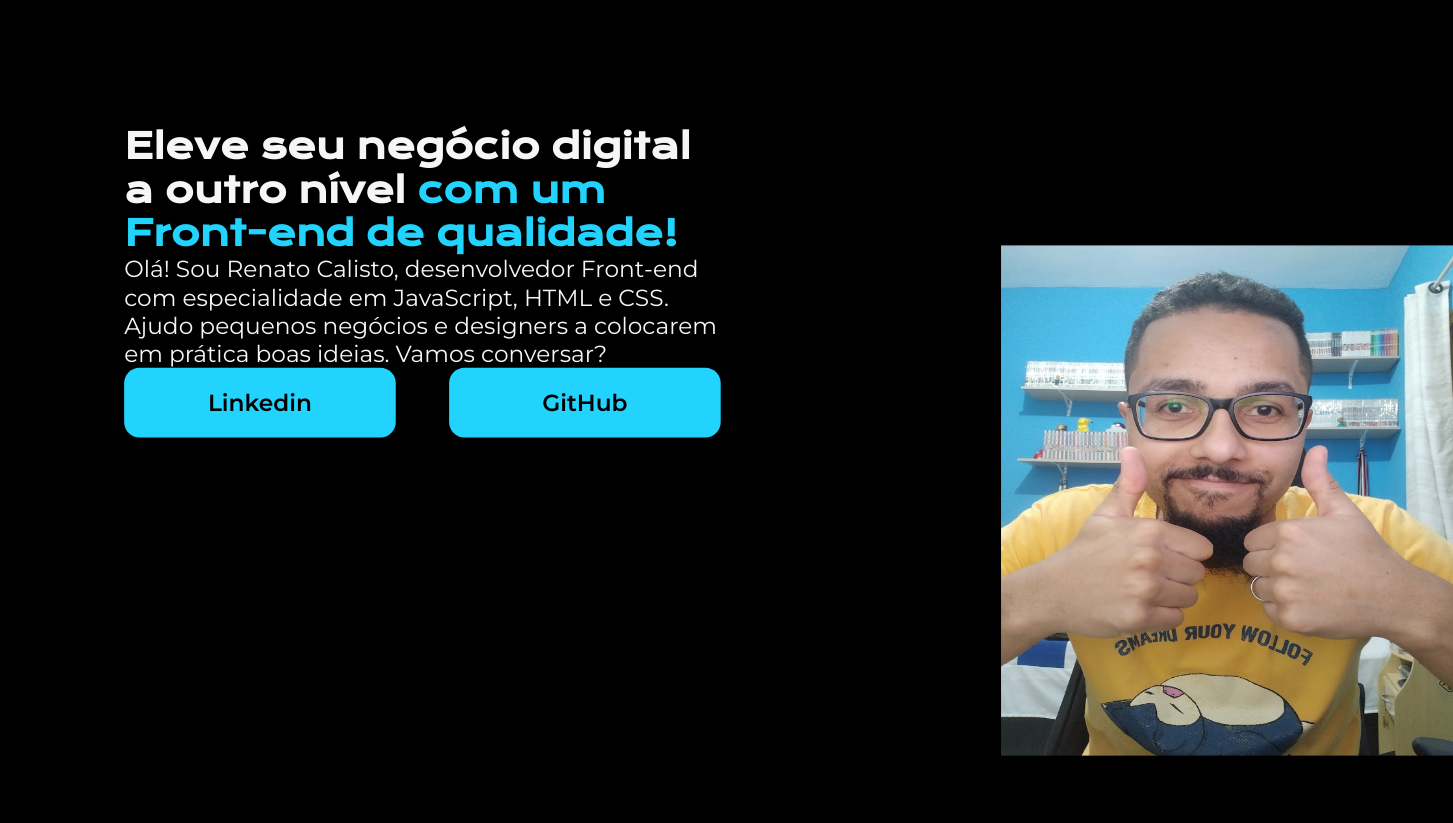
Repository: RenatoCCS/Portfolio_Alura
Page: index.html
An editor plug-in stored every save of this project. The page is shown before and after the next save, followed by the edit.
The browser window is 1280 px wide. The page is 1498 px wide, so the pictures cover 1498 px, including what lies to the right of the window. The pictures show the whole page, at 97% of full size.

Above is the page before, as saved 2023-02-27 15:35:01.

### index.html
<!DOCTYPE html>
<html lang="pt-br">
  <head>
    <meta charset="UTF-8" />
    <meta http-equiv="X-UA-Compatible" content="IE=edge" />
    <meta name="viewport" content="width=device-width, initial-scale=1.0" />
    <title>Portfolio</title>
    <link rel="stylesheet" href="style.css" />
  </head>
  <body>
    <header></header>
    <main class="apresentacao">
      <section class="apresentacao__conteudo">
        <h1 class="apresentacao__conteudo__titulo">
          Eleve seu negócio digital a outro nível
          <strong class="titulo-destaque">
            com um Front-end de qualidade!
          </strong>
        </h1>
        <p class="apresentacao__conteudo__texto">
          Olá! Sou Renato Calisto, desenvolvedor Front-end com especialidade em
          JavaScript, HTML e CSS. Ajudo pequenos negócios e designers a
          colocarem em prática boas ideias. Vamos conversar?
        </p>
        <div class="apresentacao__links">
          <a
            class="apresentacao__links__link"
            href="https://www.linkedin.com/in/renatocalisto/"
            >Linkedin</a
          >
          <a
            class="apresentacao__links__link"
            href="https://github.com/RenatoCCS"
            >GitHub</a
          >
        </div>
      </section>
      <img
        class="apresentacao__foto"
        src="renato.jpg"
        alt="Renato fazendo sinal de positivo com ambas as mãos"
      />
    </main>
    <footer></footer>
  </body>
</html>

### style.css
@import url('https://fonts.googleapis.com/css2?family=Krona+One&family=Montserrat:wght@400;600&display=swap');

* {
  margin: 0;
  padding: 0;
}

body {
  height: 100vh;
  box-sizing: border-box;
  background-color: #000000;
  color: #f6f6f6;
}

.titulo-destaque {
  color: #22d4fd;
}

.apresentacao {
  margin: 10%;
  display: flex;
  align-items: center;
  justify-content: space-between;
}

.apresentacao__conteudo {
  width: 615px;
}

.apresentacao__conteudo__titulo {
  font-size: 36px;
  font-family: 'Krona One', sans-serif;
}

.apresentacao__conteudo__texto {
  font-size: 24px;
  font-family: 'Montserrat', sans-serif;
}

.apresentacao__links {
  display: flex;
  justify-content: space-between;
}

.apresentacao__links__link {
  background-color: #22d4fd;
  width: 280px;
  text-align: center;
  border-radius: 16px;
  font-size: 24px;
  font-weight: 600;
  padding: 21.5px 0;
  text-decoration: none;
  color: #000000;
  font-family: 'Montserrat', sans-serif;
}

.apresentacao__foto {
  position: absolute;
  width: 466px;
  height: 526px;
  left: 1032px;
  top: 253px;
}

After the next save:
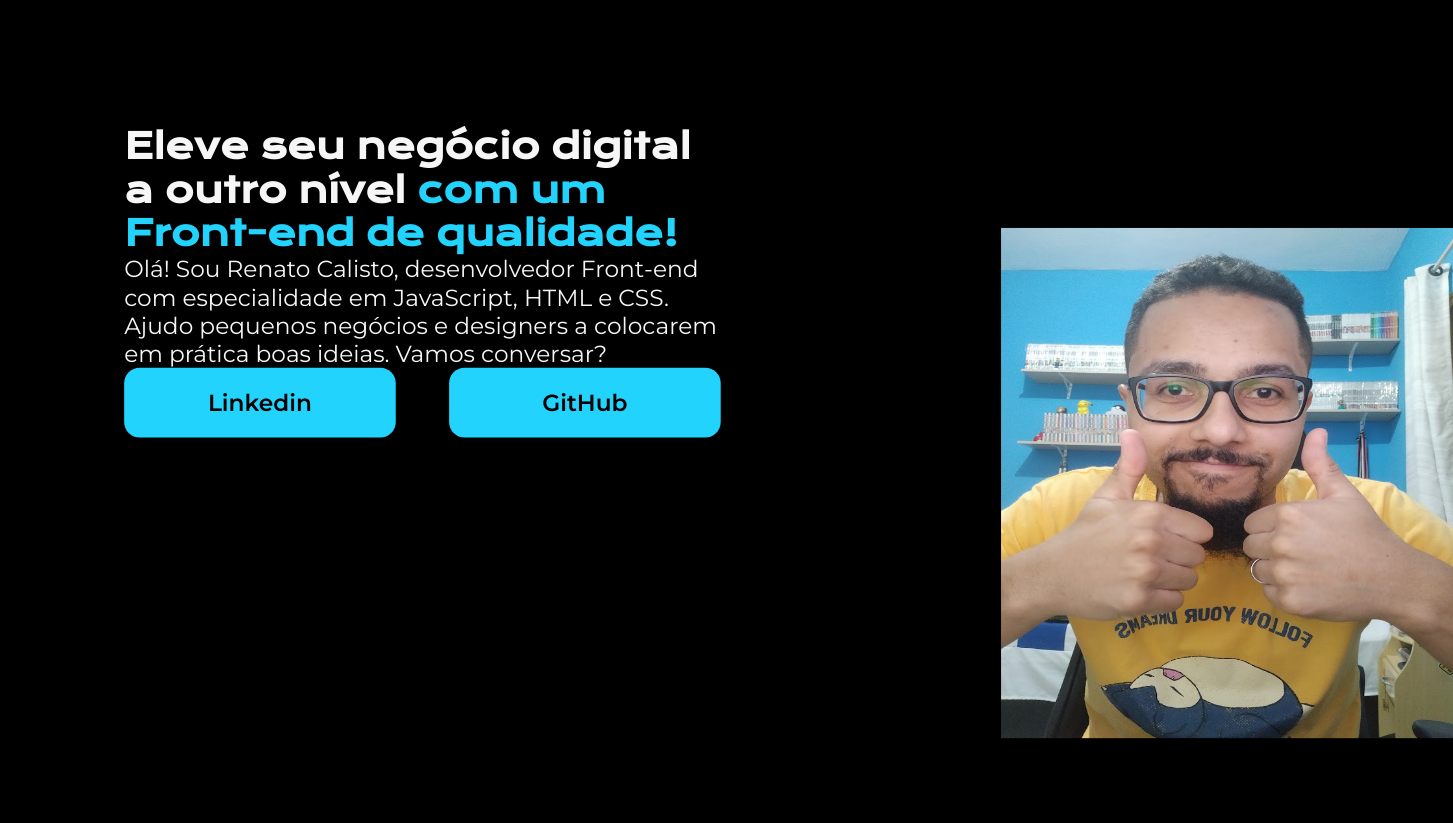
Saved 5 s later.
--- a/style.css
+++ b/style.css
@@ -60,5 +60,5 @@ body {
   width: 466px;
   height: 526px;
   left: 1032px;
-  top: 253px;
+  top: 235px;
 }
